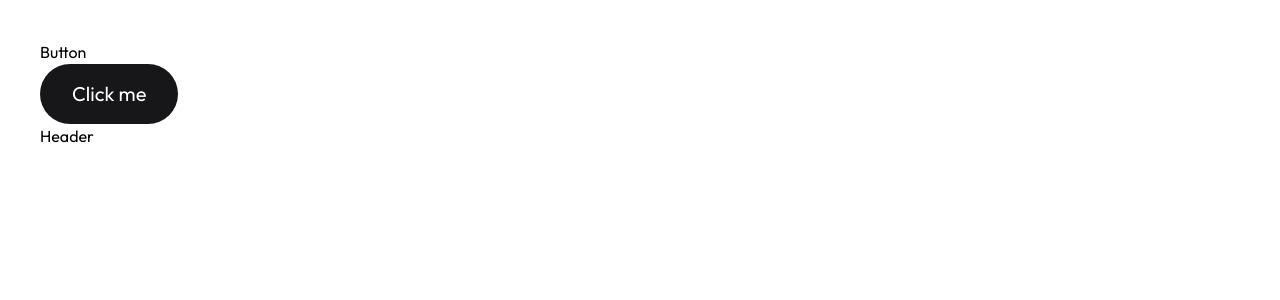
Repository: felixdusengimana/capstone-project-mirror
Page: /components (app in frontend/)
These files come from the project's save history. The page is drawn as it stood at one moment and after the next save; the edit follows.
The browser window is 1280 px wide. The pictures show the whole page.
The project was rebuilt for these pictures with package versions that can differ from the ones it lists, and the page was loaded fresh each time. The framework's server and built-in components were replaced by stand-ins that run in the browser. Also part of the build but not shown: frontend/next.config.mjs.

Above is the page before, as saved 2024-03-11 10:48:17.

### frontend/app/layout.tsx
import type { Metadata } from "next";
import { Righteous, Outfit } from "next/font/google";
import "./globals.css";

const outfit = Outfit({ subsets: ["latin"], variable: "--font-outfit" });
const righteous = Righteous({
  subsets: ["latin"],
  variable: "--font-righteous",
  weight: "400",
});

export const metadata: Metadata = {
  title: "Pesatone - Search and gift your favorite creators",
  description:
    "A place where fans show gratitude to the African content creators they love!",
};

export default function RootLayout({
  children,
}: Readonly<{
  children: React.ReactNode;
}>) {
  return (
    <html lang="en">
      <body className={`${outfit.variable} ${righteous.variable} font-sans`}>
        {children}
      </body>
    </html>
  );
}

### frontend/app/components/page.tsx
import Button from "@/components/atoms/Button";
import Headline from "@/components/atoms/Headline";
import React from "react";

export default function page() {
  return (
    <div className="p-10">
      <div>
        <h1>Button</h1>
        <Button variant="secondary">Click me</Button>
      </div>
      <div>
        <h1>Header</h1>
        <Headline>Search and gift your favorite creators</Headline>
      </div>
    </div>
  );
}

### frontend/app/globals.css
@tailwind base;
@tailwind components;
@tailwind utilities;

:root {
  --bg: #171719;
  --bg-hover: #232326;
  --secondary-color: #17171A;
  --foreground-rgb: 0, 0, 0;
  --background-start-rgb: 214, 219, 220;
  --background-end-rgb: 255, 255, 255;
}

/* @media (prefers-color-scheme: dark) {
  :root {
    --foreground-rgb: 255, 255, 255;
    --background-start-rgb: 0, 0, 0;
    --background-end-rgb: 0, 0, 0;
  }
}

body {
  color: rgb(var(--foreground-rgb));
  background: linear-gradient(to bottom,
      transparent,
      rgb(var(--background-end-rgb))) rgb(var(--background-start-rgb));
}

@layer utilities {
  .text-balance {
    text-wrap: balance;
  }
} */

### frontend/components/atoms/Button.tsx
import { ComponentProps } from "react";

interface ButtonProps extends ComponentProps<"button"> {
  variant?: "dark" | "white" | "blurred" | "secondary";
  size?: "sm" | "md" | "lg";
  bordered?: boolean;
}

export default function Button({ ...props }: ButtonProps) {
  const { variant = "dark", size = "md", bordered = false } = props;

  const variantClasses = {
    dark: "bg-black text-white",
    white: "bg-white text-black",
    secondary: "bg-secondary text-white",
    blurred: "bg-blurred text-white",
  };

  const sizeClasses = {
    sm: "px-2 py-1",
    md: "px-8 py-4",
    lg: "px-6 py-3",
  };

  const borderClasses = bordered ? "border border-black" : "";

  return (
    <button
      {...props}
      className={`text-xl font-normal rounded-full ${variantClasses[variant]} ${sizeClasses[size]} ${borderClasses} ${props.className}`}
    >
      {props.children}
    </button>
  );
}

### frontend/components/atoms/Headline.tsx
import { ComponentProps } from "react";

interface HeadlineProps extends ComponentProps<"h1"> {}

export default function Headline({ ...props }: HeadlineProps) {
  return (
    <div className={`font-mono text-white ${props.className}`}>
      {props.children}
    </div>
  );
}

### frontend/tailwind.config.ts
import type { Config } from "tailwindcss";

const config: Config = {
  content: [
    "./pages/**/*.{js,ts,jsx,tsx,mdx}",
    "./components/**/*.{js,ts,jsx,tsx,mdx}",
    "./app/**/*.{js,ts,jsx,tsx,mdx}",
  ],
  theme: {
    extend: {
      // backgroundImage: {
      //   "gradient-radial": "radial-gradient(var(--tw-gradient-stops))",
      //   "gradient-conic":
      //     "conic-gradient(from 180deg at 50% 50%, var(--tw-gradient-stops))",
      // },
      fontFamily: {
        sans: ["var(--font-outfit)"],
        mono: ["var(--font-righteous)"],
      },
      colors: {
        secondary: "var(--secondary-color)",
      },
    },
  },
  plugins: [],
};
export default config;

After the next save:
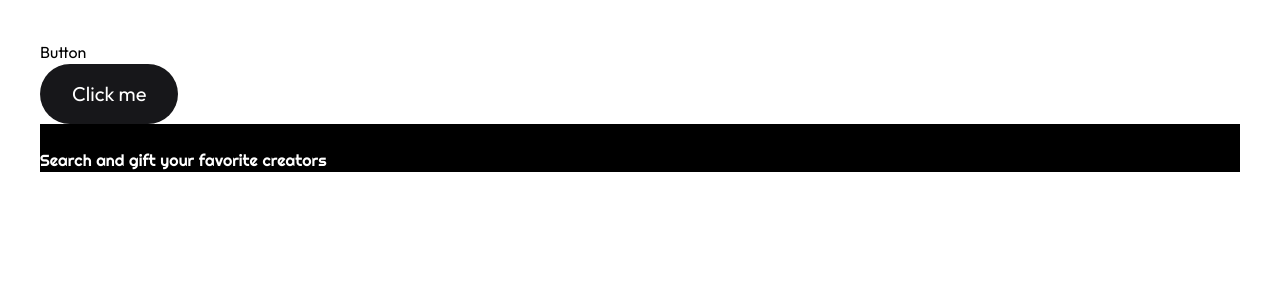
Saved 18 s later.
--- a/frontend/app/components/page.tsx
+++ b/frontend/app/components/page.tsx
@@ -9,7 +9,7 @@ export default function page() {
         <h1>Button</h1>
         <Button variant="secondary">Click me</Button>
       </div>
-      <div>
+      <div className="bg-black">
         <h1>Header</h1>
         <Headline>Search and gift your favorite creators</Headline>
       </div>
